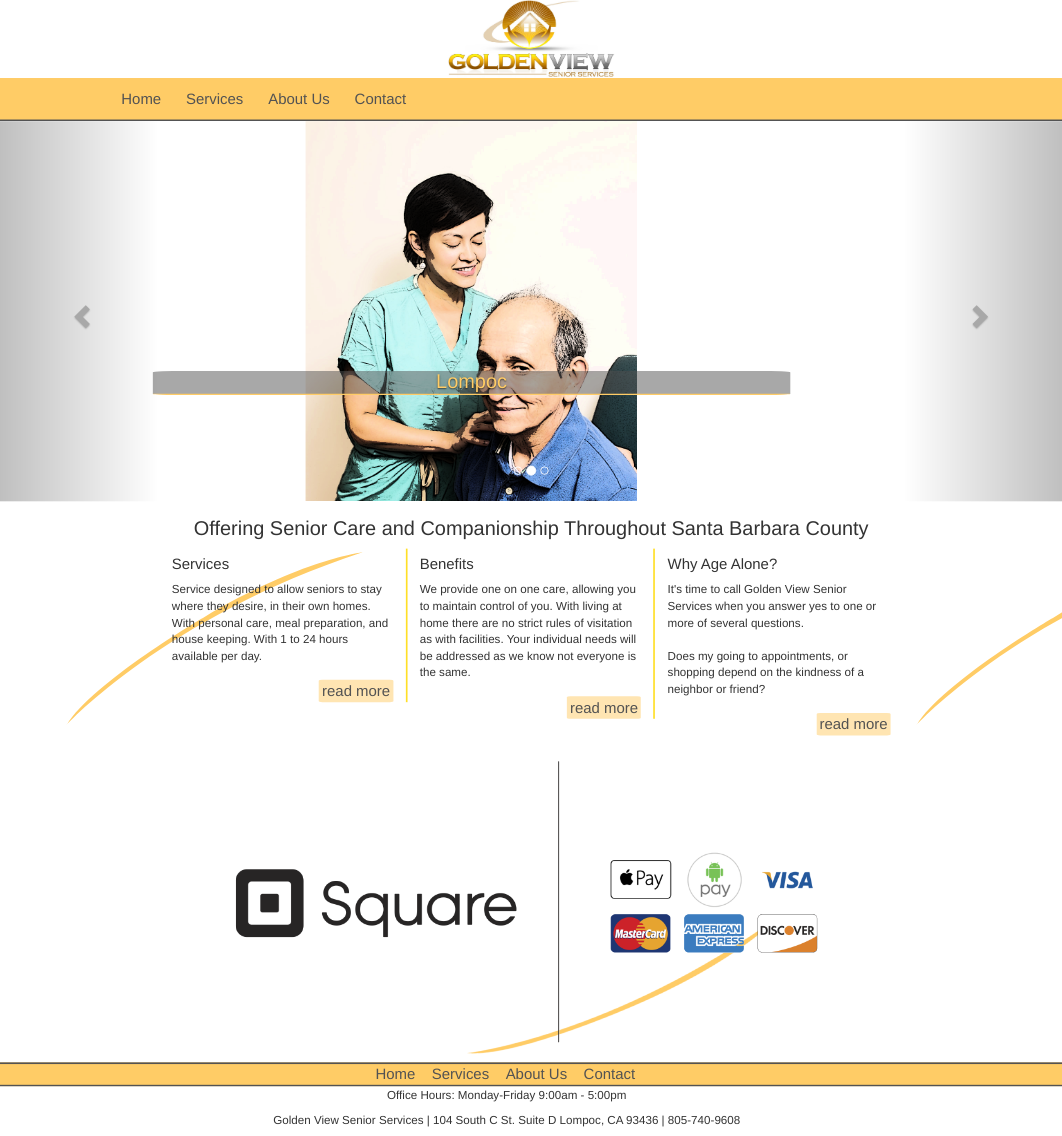
Repository: alprusa/GoldenViewWebsiteMockup
Page: GoldenViewWebsite/index.html
These files come from the project's save history. The page is drawn as it stood at one moment and after the next save; the edit follows.
The browser window is 1280 px wide. The pictures show the whole page, at 83% of full size.

Above is the page before, as saved 2017-07-29 22:03:14.

### GoldenViewWebsite/index.html
<!DOCTYPE html>
<html lang="en">
	<head>
		<meta charset="utf-8">

		<!-- Always force latest IE rendering engine (even in intranet) & Chrome Frame
		Remove this if you use the .htaccess -->
		<meta http-equiv="X-UA-Compatible" content="IE=edge,chrome=1">

		<title>Golden View Senior Services</title>
		<meta name="description" content="">
		<meta name="author" content="Alisa Prusa">

		<meta name="viewport" content="width=device-width; initial-scale=1.0">
		<meta name="google-site-verification" content="rB7Tis3nIzl6JhJXk6SmgAPoLWKkFKIOC32nVlrz31w" />

		<!-- Replace favicon.ico & apple-touch-icon.png in the root of your domain and delete these references -->
		<link rel="shortcut icon" href="/favicon.ico">
		<link rel="apple-touch-icon" href="/apple-touch-icon.png">

		<link href="defaultStyle.css" rel="stylesheet" type="text/css">
		<link rel="stylesheet" href="bootstrap/css/bootstrap.min.css">

		<style>
			#SwooshDiv{
				margin: 0 auto;
				background-image: url("img/SwooshesMain.svg");
				background-repeat: repeat-x;
				background-size: 80% 100%
			}
		</style>

		<!-- IE FIX -->

        <!--[if lt IE 9]>

			<script src="http://ajax.googleapis.com/ajax/libs/jquery/1.7.0/jquery.min.js"></script>
        	<script src="/js/html5shiv.js"></script>
      		<script src="/js/respond.js"></script>

        <![endif]-->

        <!-- END IE FIX -->
	</head>

	<body>
		<div id="mainNav">
			<!--Logo image button to go make to main page-->
			<div id="staticBanner">
	            <a href="./">
	            	<img src="img/goldenViewLogo.jpg" class="img-responsive" id="logo"/>
	            </a>
	            <p style="float: right; text-align: center; margin: auto; color:black;">Bonded and Insured | Contact Us: 805-740-9608 |
	            	<a id="emails" title="operations@goldenviewseniorservices.com" href="mailto:operations@goldenviewseniorservices.com?subject=Golden View Senior Services">operations@goldenviewseniorservices.com</a></p>
            </div>

			<!--Navbar html section-->
			<nav class="navbar navbar-static-top" role="navigation">
                <div class="container-fluid">

                    <div class="navbar-header">
                        <!--Button that is created for menu when screen size reaches a certain limit-->
                        <button id="collapseButton" type="button" class="navbar-toggle" data-toggle="collapse" data-target=".navbar-collapse">
                            <span class="icon-bar"></span>
                            <span class="icon-bar"></span>
                            <span class="icon-bar"></span>
                        </button>
                    </div>

                    <!--Buttons to go to different pages of the website-->
                    <div class="collapse navbar-collapse" id="navItems">
                        <ul class="nav navbar-nav">
                            <li><a href="./">Home</a></li>
							<li><a href="services/">Services</a></li>
							<li><a href="about/">About Us</a></li>
							<li><a href="contact/">Contact</a></li>
                        </ul>
                    </div>
                </div>
             </nav>

             <!--carousel html section-->
             <div id="containerContent">
                <!--Setup the Carousel slides to be able to assign the images/videos to a slide index-->
                <div id="thecarousel" class="carousel slide" data-ride="carousel">
                    <ol class = "carousel-indicators">
                        <li data-target = "#thecarousel" data-slide-to = "0" class = "active"></li>
                        <li data-target = "#thecarousel" data-slide-to = "1"></li>
                        <li data-target = "#thecarousel" data-slide-to = "2"></li>
                    </ol>

                <!--Adding the content images/videos to the Carousel slide-->
                <div class="carousel-inner" role="listbox">
                    <!--Image slide index 0 the Forest Biome mockup image-->
                    <div class="item active">
                        <img src="img/PatientCareCartoonized.png" alt="Lompoc" class="carouselItems img-responsive">
                        <div class="carousel-caption">
                            <h3 class="carouselText">Lompoc</h3>
                        </div>
                    </div>

                    <!--Image slide index 1 the avatar spritesheet-->
                    <div class="item">
                        <img src="img/PatientCareCartoonized.png" alt="Buelton" class="carouselItems img-responsive">
                        <div class="carousel-caption">
                            <h3 class="carouselText">Buellton</h3>
                        </div>
                    </div>

                    <!--Video slide index 2 the core release video-->
                    <div class="item">
                        <img src="img/PatientCareCartoonized.png" alt="Solvang" class="carouselItems img-responsive">
                        <div class="carousel-caption">
                            <h3 class="carouselText">Solvang</h3>
                        </div>
                    </div>
                </div>

                <!--Adding a previous arrow button to look at the previous Carousel slides-->
                <a class="carousel-control left" href = "#thecarousel" role="button" data-slide = "prev">
                    <span class="glyphicon glyphicon-chevron-left" aria-hidden="true"></span>
                    <span class="sr-only">Previous</span>
                </a>

                <!--Adding a next arrow button to look at the next Carousel slides-->
                <a class="carousel-control right" href = "#thecarousel" role="button" data-slide = "next">
                    <span class="glyphicon glyphicon-chevron-right" aria-hidden="true"></span>
                    <span class="sr-only">Next</span>
                </a>
                </div>
			</div>

			<!--Body Text-->
			<h3 style="text-align: center; border: none;">Offering Senior Care and Companionship Throughout Santa Barbara County</h3>

			<!--Read more info direction sections-->
			<div id="SwooshDiv">
			<div id="columnData" class="row">
			    <div class="dataList spaceList col-sm-4">
			    	<h4>Services</h4>
			    	<p>Service designed to allow seniors to stay where they desire, in their own homes. With personal care,
			    		meal preparation, and house keeping. With 1 to 24 hours available per day.
			    		<br><br>
			    		<a href="services/" class="readMore"><mark>read more</mark></a>
			    	</p>
			    </div>
			    <div class="dataList spaceList col-sm-4">
			    	<h4>Benefits</h4>
			    	<p>We provide one on one care, allowing you to maintain control of you. With living at home there are no
			    		strict rules of visitation as with facilities. Your individual needs will be addressed as we know
			    		not everyone is the same.
			    		<br><br>
			    		<a href="/services/index.html#benefits" class="readMore"><mark>read more</mark></a>
			    	</p>
			    </div>
			     <div class="spaceList col-sm-4">
			     	<h4>Why Age Alone?</h4>
			    	<p>It's time to call Golden View Senior Services when you answer yes to one or more of several questions.
			    		<br><br>Does my going to appointments, or shopping depend on the kindness of a neighbor or friend?
			    		<br><br>
			    		<a href="whyagealone/" class="readMore"><mark>read more</mark></a>
			    	</p>
			    </div>
			</div>

			<!--Credit Card info--->
			<img class="img-responsive" id="cardImg" src="img/CreditCards.png"/>

			</div>

			<!--Buttons to go to different pages of the website-->
            <div>
                <ul id="navFooter">
                    <li><a href="./">Home</a></li>
					<li><a href="services/">Services</a></li>
					<!--<li><a href="./"><img src="img/goldenViewLogo.jpg" id="logoBottom"/></a></li>-->
					<li><a href="about/">About Us</a></li>
					<li><a href="contact/">Contact</a></li>
                </ul>
            </div>

			<!--Footer section-->
             <footer id="footer" class="row">
             	<p>Office Hours: Monday-Friday 9:00am - 5:00pm</p>
				<p>
					Golden View Senior Services | 104 South C St. Suite D Lompoc, CA 93436 | 805-740-9608
				</p>

			</footer>
        </div>

		<script src="jquery-1.2.0.js"></script>
    	<script src="bootstrap/js/bootstrap.min.js"></script>
    	<script src="js/CssChanger.js"></script>
	</body>
</html>

### GoldenViewWebsite/defaultStyle.css
body{
	color: white;
}

h3{
	border-bottom: 2px solid #ffcc66;
}

a{
	margin: 0 auto;
	font-size: 18px;
	color: #535353 !important;
}

/*make it so the logo home page button does not have the hover effect that the other buttons have*/
a:hover,
a:focus{
    text-decoration: underline !important;
	color:#535353 !important;
	text-decoration-color: #535353 !important;
}

mark{
	background-color: rgba(255, 204, 102, 0.5) !important;
	color: #535353 !important;
	border-radius: 5%;
}

/*navigation bar css content*/
nav{
	border-bottom: 2px #535353 solid !important;
}

.navbar-collapse { border-color: rgba(83, 83, 83, 0.3) !important; }

#mainNav{
    top: 1%;
    width: 100%;
    height: 50px;
    float:center;
}

.navbar{
    background-color: #ffcc66 !important;
    text-align: center;
    float:center;
    color: #901389;
    margin: 0 auto !important;
}

.navbar .navbar-nav {
  display: inline-block;
  float: none;
  vertical-align: top;
}

.navbar .navbar-collapse {
  text-align: center;
}

.navbar .navbar-toggle .icon-bar{
  background-color: #535353 !important;
}

.navbar .navbar-toggle{
  border-color: #535353 !important;
}

/*content inside the navigation bar*/

#navItems a:hover,
#navItems a:focus{
    background-color: #ffcc66 !important;
}

#logo{
	margin: 0 auto;
    width:200px;
}

#logoP{
	float:left;
	padding-top: 5px;
	padding-left: 5px;
}

#topInfo{
	float: right;
	text-align: center;
	margin: auto;
	color:black;
	padding: 40px;
	padding-bottom: 5px;
	font-size: 10px;
}

#careOuter{
	float: right;
	padding-right: 10px;
}

#careInner{
	float: left;
	padding-left: 10px;
}

/*carousel css content8*/
.carousel-control{
    margin: 0 auto;
}

.carouselItems{
    margin: 0 auto;
    float:  center;
    width: 400px;
    height: 140px;
}

.carousel-indicators{
	top:90%;
}

.carousel-caption{
	top:57%;
}

.carouselText{
	background-color: rgba(83, 83, 83, 0.5) !important;
	color: #ffcc66 !important;
	border-radius: 5%;
}

/*three column text*/
#columnData{
	margin: 0 auto;
    float:  center;
    width: 70%;
    margin-bottom: 5px;
}

.dataList{
	border-right: 2px #ffcc66 solid;
}

.spaceList{
	margin: 0 auto;
	padding-left: 3px;
	padding-right: 3px;
}

#caringTextOverlay{
	position: absolute;
	margin-top: 20px;
	margin-left: 10px;
	z-index: 10000;
	padding: 5px;
	background-color: rgba(83, 83, 83, 0.7) !important;
	color: white !important;
	border-radius: 5%;
}

#containerText{
	margin: 0 auto;
	float:center;
	width: 80%;
}

.swoosh{
    position: absolute; /* Stay in place */
    z-index: -1000; /* Sit on bottom */
   	opacity: 0.7;
}

#cardImg{
	margin: auto;
	width: 100%;
}

/*footer content*/
#footer{
	margin: 0 auto;
	background-color:#FFFFFF;
	text-align: center;
	padding-right: 5%;
	padding-left: 5px;
}

#navFooter{
	margin: 0 auto;
	background-color: #ffcc66 !important;
	list-style-type: none;
	text-align: center;
	border-top: 2px #535353 solid;
	border-bottom: 2px #535353 solid;
	padding-right: 8%;
}

#navFooter li{
	margin: auto;
	display: inline;
	padding: 8px;
}

#logoBottom{
	margin: auto;
    width: 100px;
    border: 2px #ffcc66 solid;
}

#navUl{
	padding-left: 120px;
}

@media (max-width: 600px){
	.carouselItems{
		width: 200px;
    	height: 70px;
	}
}

@media (max-width: 800px){
	#navUl{
		padding-left:0px;
		margin: auto;
	}
}

@media (min-width: 1000px){
	#cardImg{
		width: 60%;
	}
}

@media (max-width: 400px){
	.swoosh{
	    width: 50%;
	    height: 50%;
	}

	a{
		font-size: 12px;
	}
}

### GoldenViewWebsite/js/CssChanger.js
$(document).ready(function(){
	if($("#collapseButton").is(":visible")){
	    $(".dataList").css("border", "none");
	    $(".dataList").css("border-bottom", "2px #ffdf27 solid");
	    $(".dataList").css("padding-bottom", "5px");

	    $(".readMore").css("padding-left", "40%");
	    $(".readMore").css("float", "none");
    }
    else{
    	$(".dataList").css("border", "none");
    	$(".dataList").css("border-right", "2px #ffdf27 solid");
	    $(".dataList").css("padding-bottom", "0px");

	    $(".readMore").css("padding-left", "0");
	    $(".readMore").css("float", "right");
    }

    $(window).on('resize', function() {
    	if($("#collapseButton").is(":visible")){
		    $(".dataList").css("border", "none");
		    $(".dataList").css("border-bottom", "2px #ffdf27 solid");
		    $(".dataList").css("padding-bottom", "5px");

		    $(".readMore").css("padding-left", "40%");
		    $(".readMore").css("float", "none");
	    }
	    else{
	    	$(".dataList").css("border", "none");
	    	$(".dataList").css("border-right", "2px #ffdf27 solid");
		    $(".dataList").css("padding-bottom", "0px");

		    $(".readMore").css("padding-left", "0");
		    $(".readMore").css("float", "right");
	    }
    });
});

Loaded but not shown: GoldenViewWebsite/bootstrap/css/bootstrap.min.css (library); GoldenViewWebsite/jquery-1.2.0.js (library); GoldenViewWebsite/bootstrap/js/bootstrap.min.js (library)

After the next save:
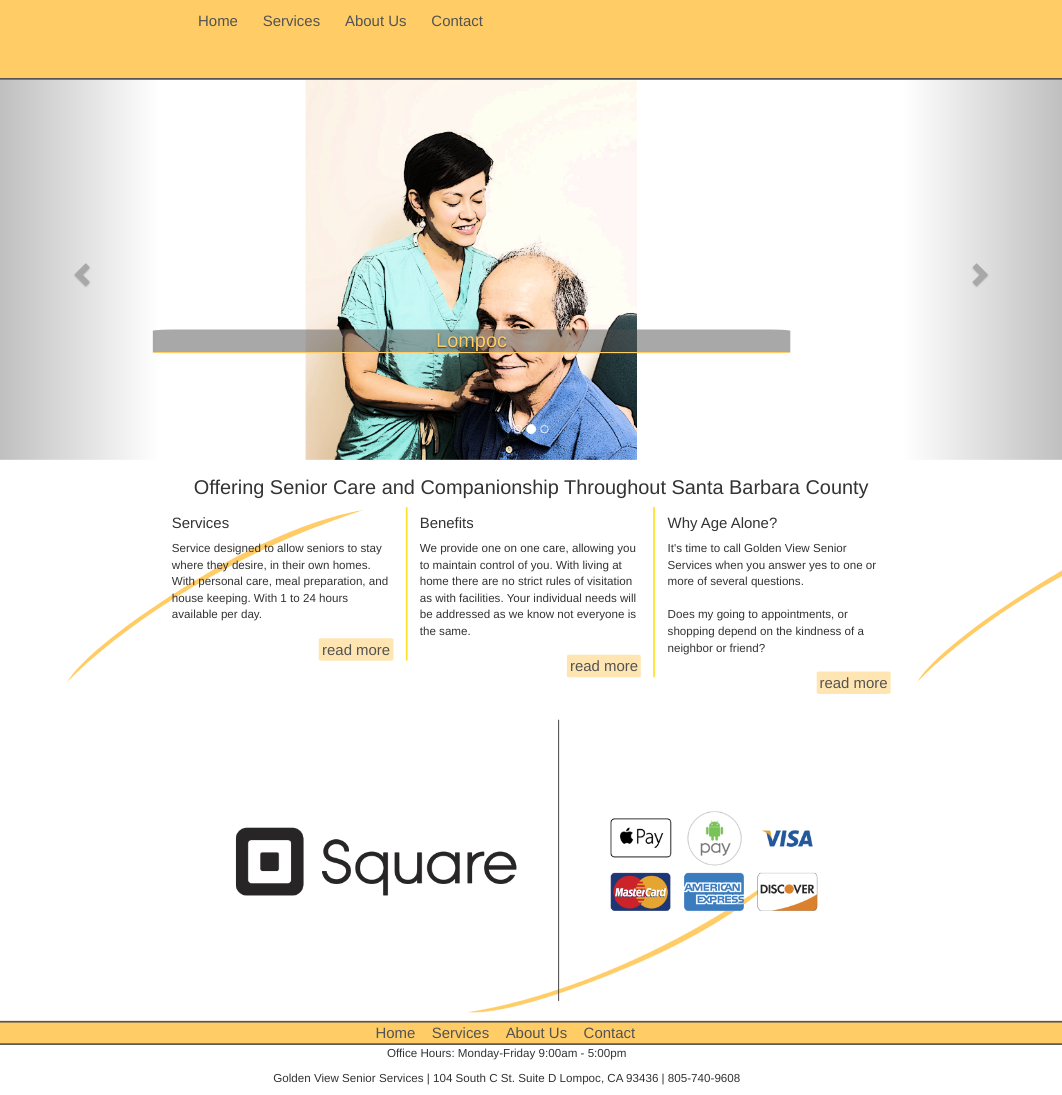
Saved 15 s later.
--- a/GoldenViewWebsite/index.html
+++ b/GoldenViewWebsite/index.html
@@ -47,7 +47,7 @@
 		<div id="mainNav">
 			<!--Logo image button to go make to main page-->
 			<div id="staticBanner">
-	            <a href="./">
+	            <a href="./" style="float:left;">
 	            	<img src="img/goldenViewLogo.jpg" class="img-responsive" id="logo"/>
 	            </a>
 	            <p style="float: right; text-align: center; margin: auto; color:black;">Bonded and Insured | Contact Us: 805-740-9608 |

After the save that followed:
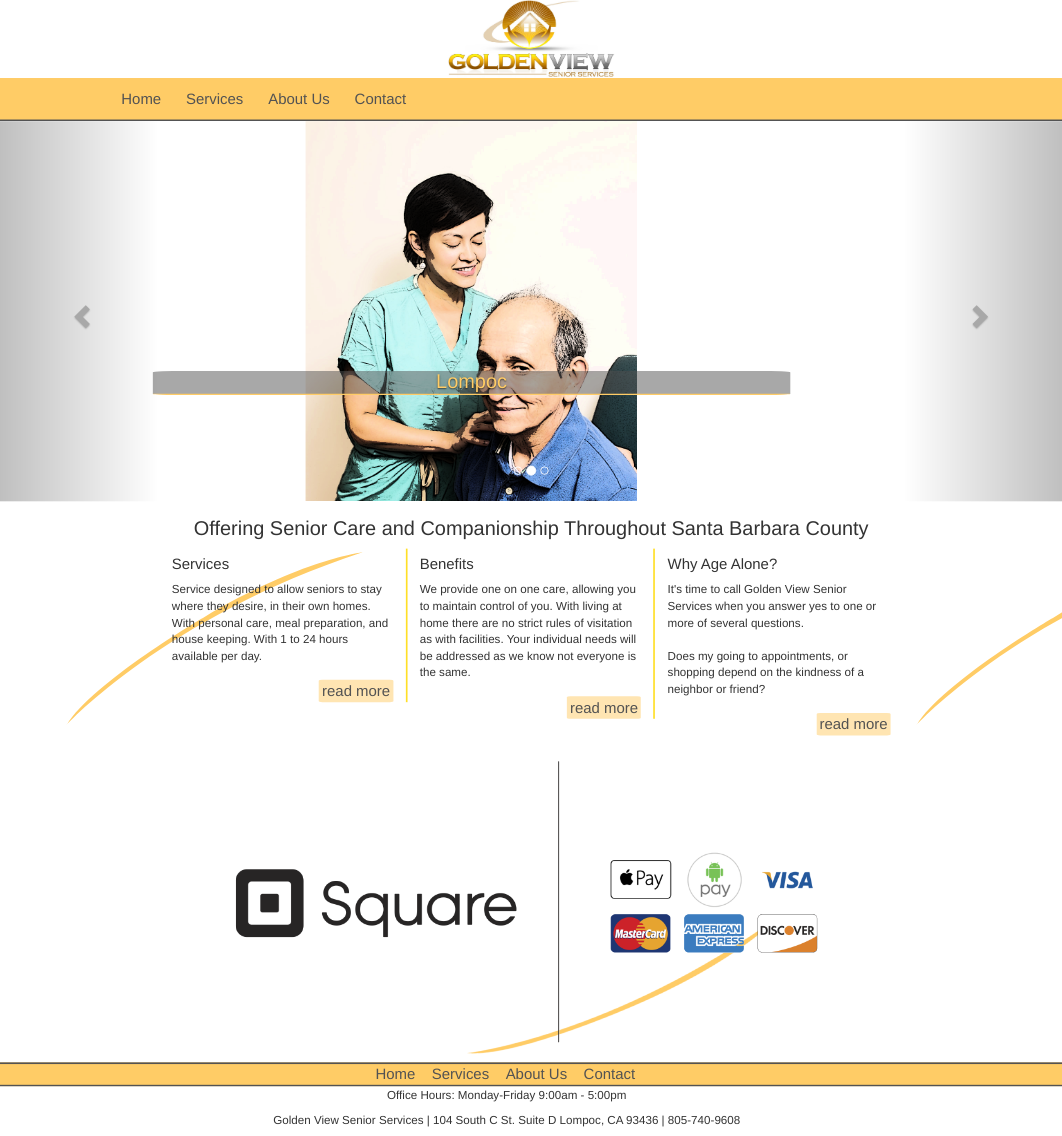
Saved 15 s later.
--- a/GoldenViewWebsite/index.html
+++ b/GoldenViewWebsite/index.html
@@ -47,7 +47,7 @@
 		<div id="mainNav">
 			<!--Logo image button to go make to main page-->
 			<div id="staticBanner">
-	            <a href="./" style="float:left;">
+	            <a href="./">
 	            	<img src="img/goldenViewLogo.jpg" class="img-responsive" id="logo"/>
 	            </a>
 	            <p style="float: right; text-align: center; margin: auto; color:black;">Bonded and Insured | Contact Us: 805-740-9608 |
